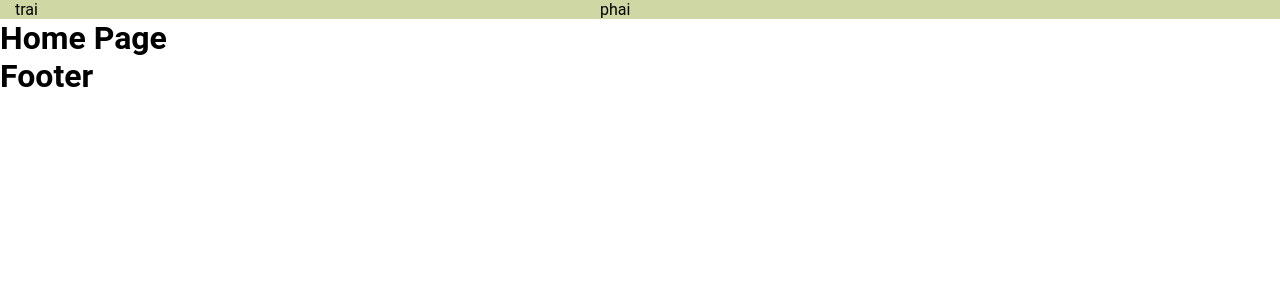
Repository: anhcanh1007/show_product
Page: /
An editor plug-in stored every save of this project. The page is shown before and after the next save, followed by the edit.
The browser window is 1280 px wide. The pictures show the whole page.
The project was rebuilt for these pictures with package versions that can differ from the ones it lists, and the page was loaded fresh each time. Imported but missing from the stored project, and not drawn on this page: src/pages/user/profilePage.

Above is the page before, as saved 2024-01-25 13:26:41.

After the next save:
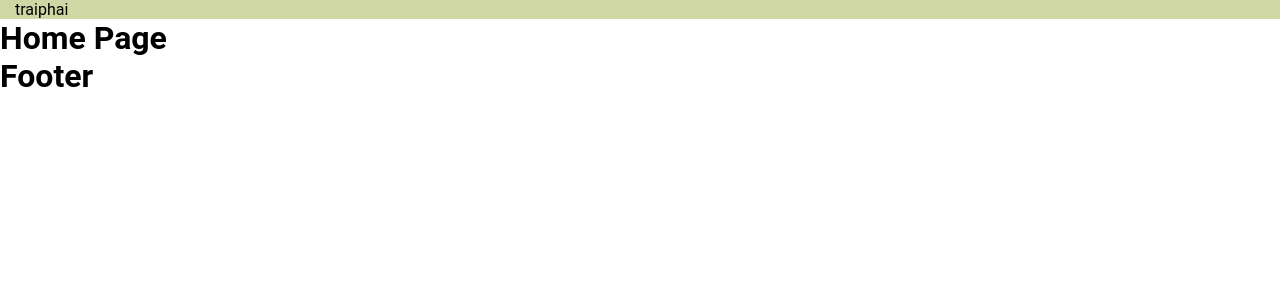
Saved 2 min 27 s later.
--- a/src/style/pages/_all.scss
+++ b/src/style/pages/_all.scss
@@ -25,6 +25,6 @@
 }
 
 .col-6 {
-    flex: 0 0 50%;
+    float: 0 0 50%;
     max-width: 50%;
 }

After the save that followed:
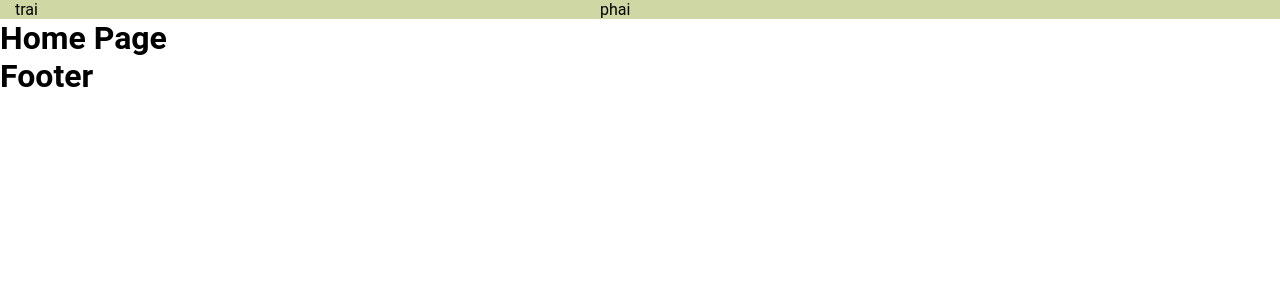
Saved 7 s later.
--- a/src/style/pages/_all.scss
+++ b/src/style/pages/_all.scss
@@ -25,6 +25,6 @@
 }
 
 .col-6 {
-    float: 0 0 50%;
+    flex: 0 0 50%;
     max-width: 50%;
 }
